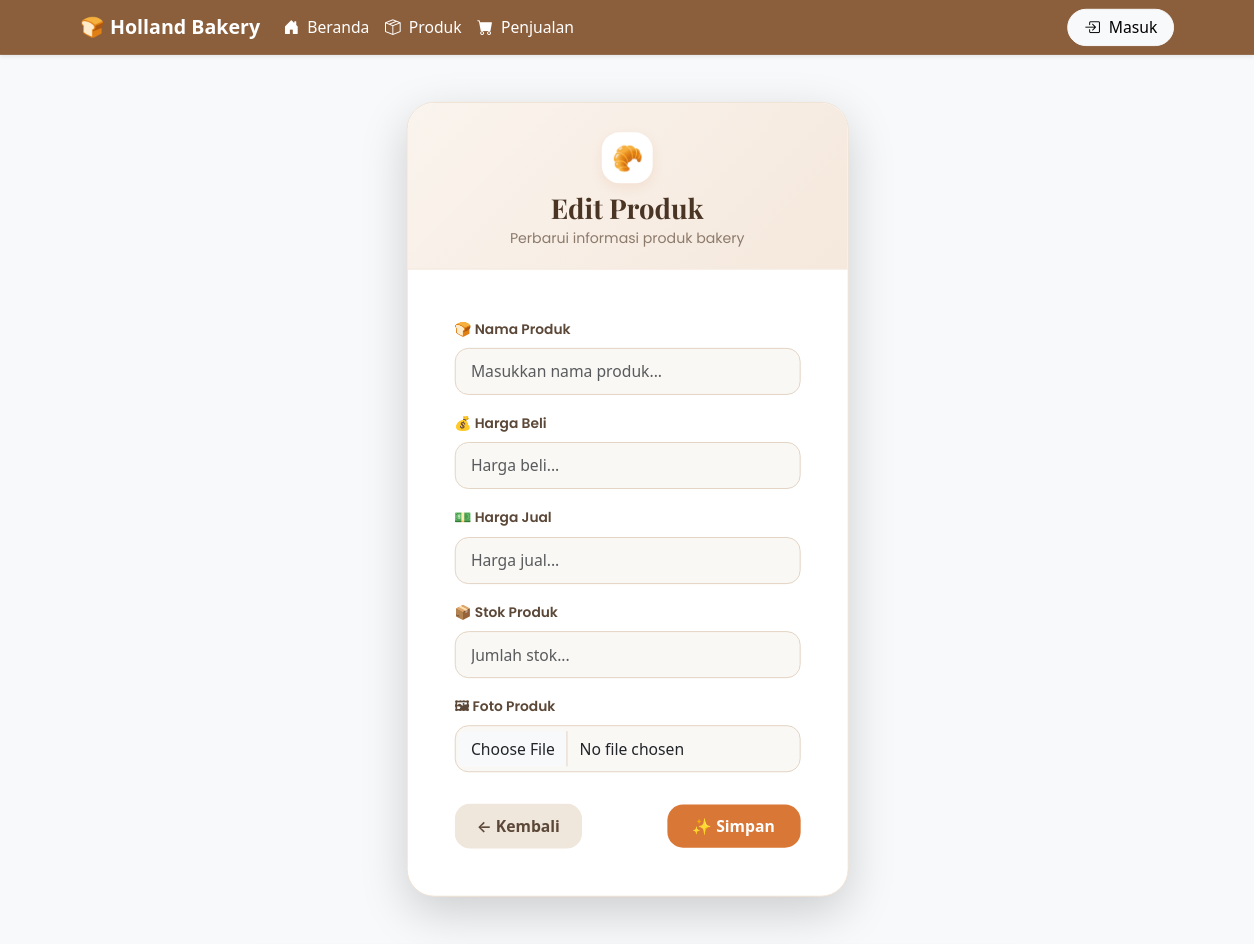
Repository: dheakhoerunnisaagustine/apk_pos4
Page: resources/views/produk/edit.blade.php
The author's editor kept a copy of each file at every save. The page is drawn from the files as they stood at one save, then again after the next save.
The browser window is 1280 px wide. The pictures show the whole page, at 98% of full size.
Some web fonts or font styles are not loaded; a fallback is used. The page is served by the project's Laravel application, run on PHP 8.4 with Laravel 12. Style sheets and scripts are compiled from the project's sources, by tool versions that may differ from the author's. The template is opened directly, without the code that normally fills it, so the values that code supplies are empty.

Above is the page before, as saved 2026-08-10 11:42:28.

After the next save:
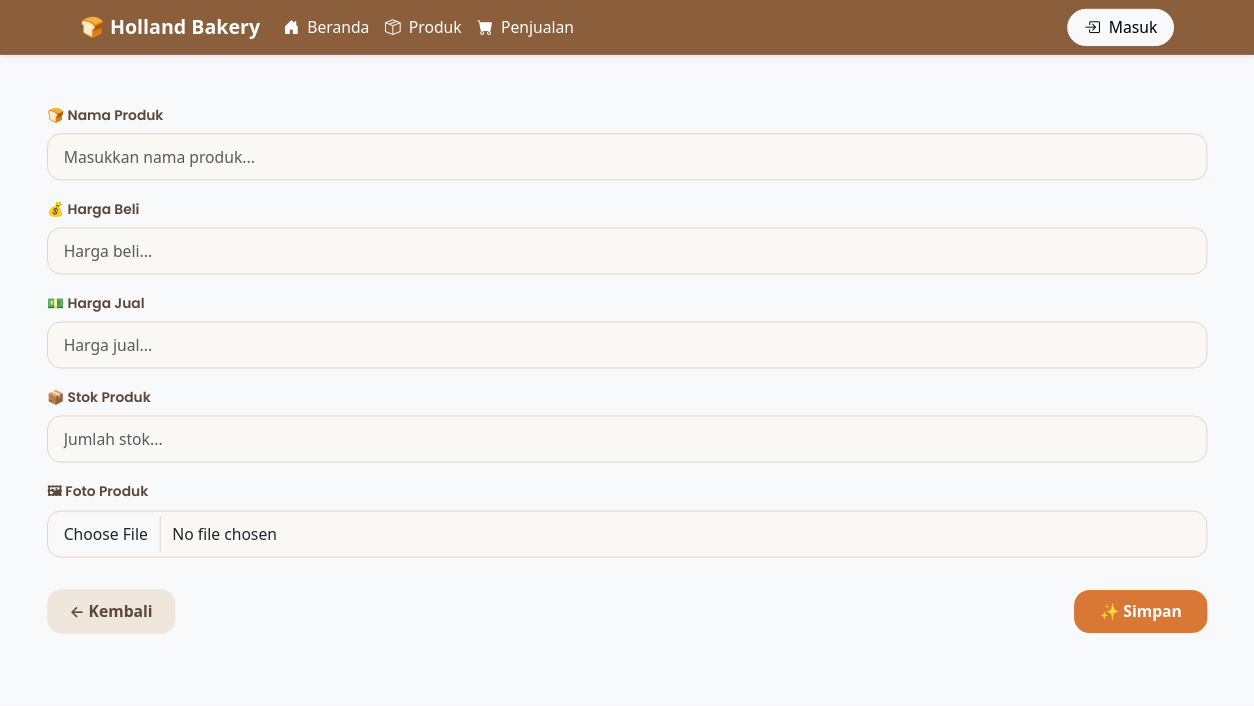
Saved 74 s later.
--- a/resources/views/produk/edit.blade.php
+++ b/resources/views/produk/edit.blade.php
@@ -9,39 +9,7 @@
 <link href="https://fonts.googleapis.com/css2?family=Playfair+Display:wght@600;700&family=Poppins:wght@400;500;600&display=swap" rel="stylesheet">
 
 
-<div class="container py-5">
-
-    <div class="row justify-content-center">
-
-        <div class="col-md-6 col-lg-5">
-
-
-            <!-- Bakery Card -->
-
-            <div class="card product-edit-card shadow-lg border-0">
-
-
-                <!-- Header -->
-
-                <div class="product-edit-header text-center">
-
-
-                    <div class="bakery-icon-badge mx-auto mb-2">
-                        🥐
-                    </div>
-
-
-                    <h3 class="fw-bold mb-1 title-bakery">
-                        Edit Produk
-                    </h3>
-
-
-                    <p class="mb-0 subtitle-bakery">
-                        Perbarui informasi produk bakery
-                    </p>
-
-
-                </div>
+
 
 
 

After the save that followed:
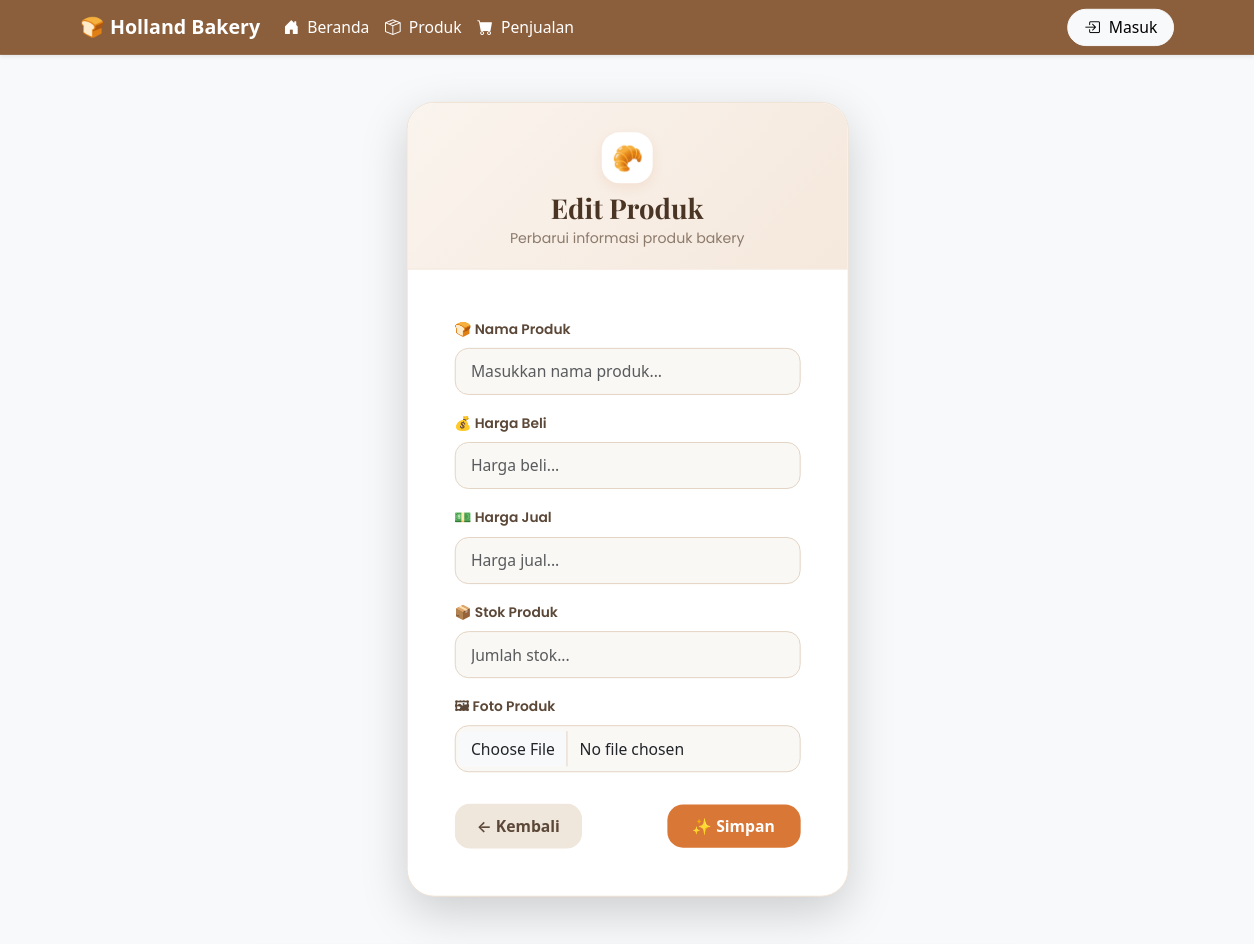
Saved 5 s later.
--- a/resources/views/produk/edit.blade.php
+++ b/resources/views/produk/edit.blade.php
@@ -7,6 +7,32 @@
 @include('layouts.navbar')
 
 <link href="https://fonts.googleapis.com/css2?family=Playfair+Display:wght@600;700&family=Poppins:wght@400;500;600&display=swap" rel="stylesheet">
+
+<div class="container py-5">
+
+    <div class="row justify-content-center">
+
+        <div class="col-md-6 col-lg-5">
+
+            <!-- Bakery Card -->
+            <div class="card product-edit-card shadow-lg border-0">
+
+                <!-- Header -->
+                <div class="product-edit-header text-center">
+
+                    <div class="bakery-icon-badge mx-auto mb-2">
+                        🥐
+                    </div>
+
+                    <h3 class="fw-bold mb-1 title-bakery">
+                        Edit Produk
+                    </h3>
+
+                    <p class="mb-0 subtitle-bakery">
+                        Perbarui informasi produk bakery
+                    </p>
+
+                </div>
 
 
 
